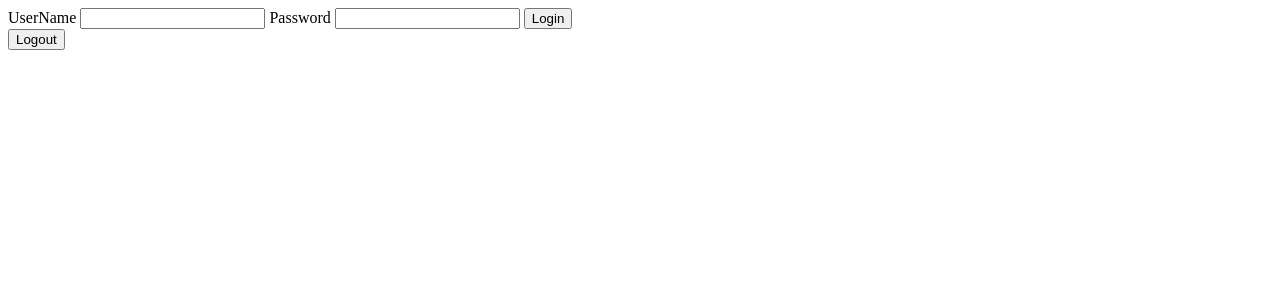
Repository: DhishnaPD/AdvancedJava
Page: http://localhost/Login/login.jsp
The author's editor kept a copy of each file at every save. The page is drawn from the files as they stood at one save, then again after the next save.
The browser window is 1280 px wide. The pictures show the whole page.
The page is served by Tomcat 9.

Above is the page before, as saved 2024-12-20 11:35:24.

After the next save:
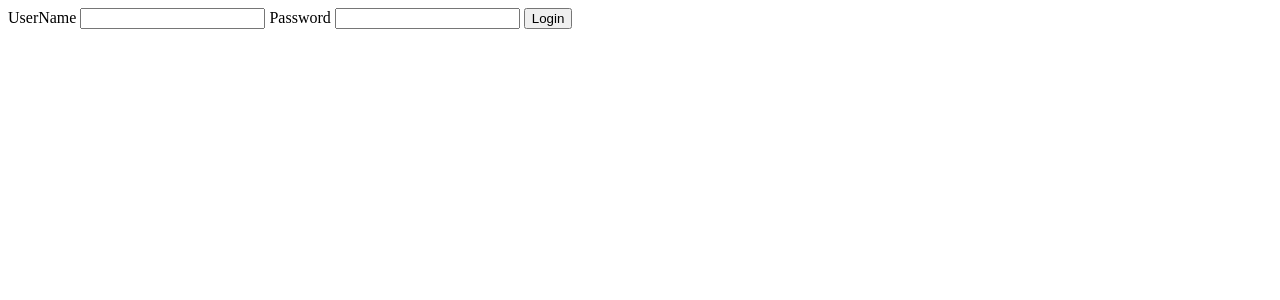
Saved 4 s later.
--- a/Login/src/main/webapp/login.jsp
+++ b/Login/src/main/webapp/login.jsp
@@ -69,9 +69,7 @@
     }
 %>
 
-<form action="logoutUser.jsp" method="POST">
-    <button type="submit">Logout</button>
-</form>
+
 
 </body>
 </html>
